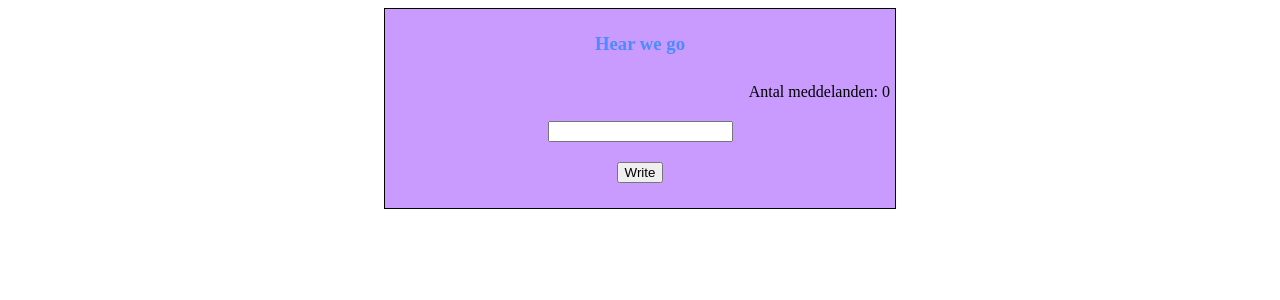
Repository: jn222rv/1dv403-laborationer
Page: 2-labbymezzage/index.html
The author's editor kept a record of every edit. The page is drawn from the files as they stood at one moment, then again after the next edit.
The browser window is 1280 px wide. The pictures show the whole page.

Above is the page before.

After the next edit:
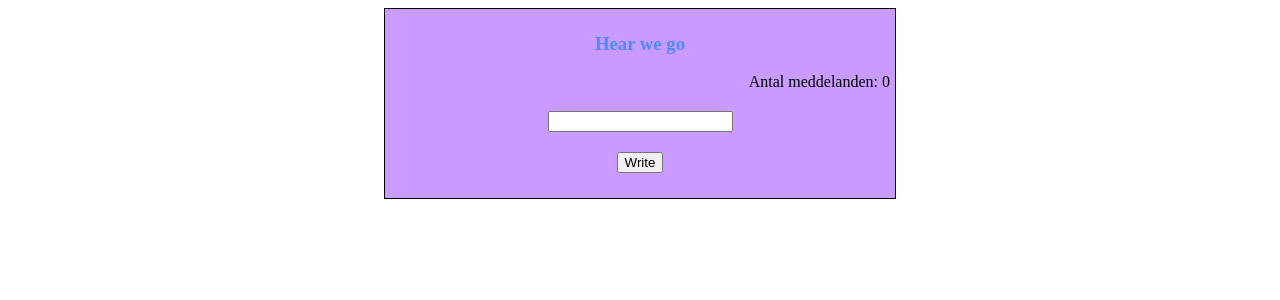
The edit:
--- a/2-labbymezzage/css/basic.css
+++ b/2-labbymezzage/css/basic.css
@@ -24,7 +24,6 @@
 }
 
 p {
-    padding-top:10px;
     margin:0px;
 }
 
